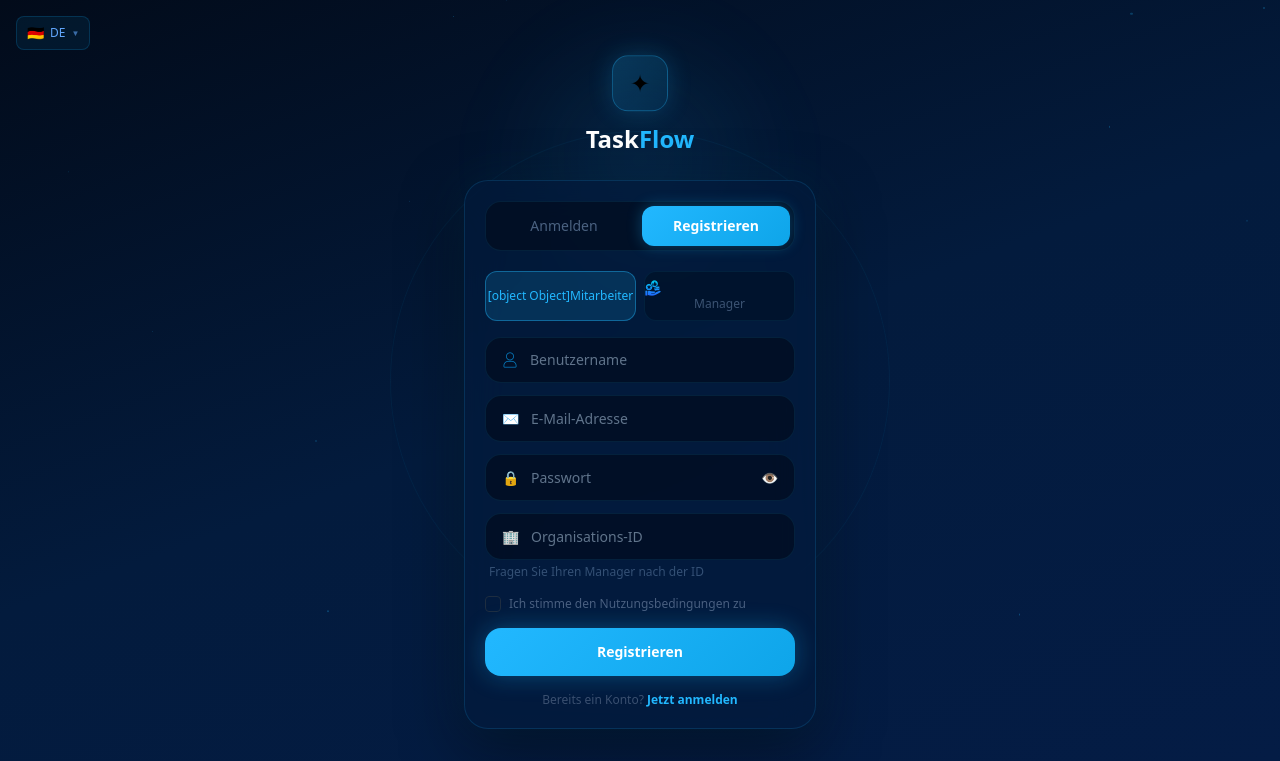
Repository: IssamSaed98/TaskManager.Frontend
Page: /, after clicking the first element matching `div.rounded-2xl > :nth-child(2)`
The author's editor kept a copy of each file at every save. The page is drawn from the files as they stood at one save, then again after the next save.
The browser window is 1280 px wide. The pictures show the whole page.
The project was rebuilt for these pictures with package versions that can differ from the ones it lists, and the page was loaded fresh each time. Also part of the build but not shown: vite.config.js, src/pages/AdminDashboard.jsx, src/components/TaskForm.jsx, src/components/TaskCard.jsx, src/components/KanbanBoard.jsx.

Above is the page before, as saved 2026-06-01 15:15:45.

### index.html
<!DOCTYPE html>
<html lang="de" dir="ltr">
  <head>
    <meta charset="UTF-8" />
    <meta name="viewport" content="width=device-width, initial-scale=1.0" />
    <title>TaskFlow</title>

    <!-- PWA -->
    <link rel="manifest" href="/manifest.webmanifest" />
    <meta name="theme-color" content="#0a0f1a" />

    <!-- Apple -->
    <link rel="apple-touch-icon" href="/apple-touch-icon.png" />
    <meta name="apple-mobile-web-app-capable" content="yes" />
    <meta name="apple-mobile-web-app-status-bar-style" content="black-translucent" />
    <meta name="apple-mobile-web-app-title" content="TaskFlow" />

    <!-- Favicon -->
    <link rel="icon" type="image/png" sizes="32x32" href="/favicon-32x32.png" />
    <link rel="icon" type="image/png" sizes="16x16" href="/favicon-16x16.png" />
  </head>
  <body>
    <div id="root"></div>
    <script type="module" src="/src/main.jsx"></script>
    <!-- Splash Screen -->
<div id="splash" style="
position:fixed; inset:0; z-index:9999;
background:#0a0f1a;
display:flex; flex-direction:column;
align-items:center; justify-content:center;
gap:16px;
transition: opacity 0.5s ease;
">
<img src="/public/pwa-512x512.png" width="100" height="100" style="border-radius:22%;animation:pulse 1.5s ease-in-out infinite"/>
<div style="color:#e2f0ff;font-size:22px;font-weight:700;letter-spacing:1px">TaskFlow</div>
<div style="color:#3a5070;font-size:12px">Task Management System</div>
</div>

<style>
@keyframes pulse {
0%,100% { transform: scale(1); opacity:1; }
50% { transform: scale(1.08); opacity:0.9; }
}
</style>

<script>
window.addEventListener('load', () => {
setTimeout(() => {
  const splash = document.getElementById('splash')
  if (splash) {
    splash.style.opacity = '0'
    setTimeout(() => splash.remove(), 500)
  }
}, 2000)
})
</script>
  </body>
</html>

### src/main.jsx
import { StrictMode } from 'react'
import { createRoot } from 'react-dom/client'
import './index.css'
import './i18n'
import App from './App.jsx'

createRoot(document.getElementById('root')).render(
  <StrictMode>
    <App />
  </StrictMode>,
)

### src/pages/Register.jsx
import { useState, useEffect } from 'react'
import { motion } from 'framer-motion'
import { register } from '../api'
import { useLanguage } from '../hooks/useLanguage'
import LanguageSwitcher from '../components/LanguageSwitcher'
import cheff from '../images/businessman.png'
import mitAr from '../images/user.png'
function Register({ onRegister, goToLogin }) {
  const { t, isRTL } = useLanguage()
  const [role, setRole] = useState('employee')
  const [username, setUsername] = useState('')
  const [email, setEmail] = useState('')
  const [password, setPassword] = useState('')
  const [showPassword, setShowPassword] = useState(false)
  const [organizationName, setOrganizationName] = useState('')
  const [organizationId, setOrganizationId] = useState('')
  const [agreed, setAgreed] = useState(false)
  const [error, setError] = useState('')
  const [loading, setLoading] = useState(false)
  const [focusedField, setFocusedField] = useState(null)
  const [particles, setParticles] = useState([])

  const isAdmin = role === 'admin'

  useEffect(() => {
    setParticles(Array.from({ length: 15 }, (_, i) => ({
      id: i,
      x: Math.random() * 100,
      y: Math.random() * 100,
      size: Math.random() * 2 + 1,
      duration: Math.random() * 6 + 4,
      delay: Math.random() * 3,
    })))
  }, [])

  const handleRegister = async () => {
    if (!username || !email || !password) return
    if (isAdmin && !organizationName) return
    if (!isAdmin && !organizationId) return
    try {
      setLoading(true)
      setError('')
      await register(
        username, email, password,
        isAdmin ? 'Admin' : 'Employee',
        isAdmin ? organizationName : null,
        !isAdmin ? parseInt(organizationId) : null
      )
      goToLogin()
    } catch {
      setError(t('error_email'))
    } finally {
      setLoading(false)
    }
  }

  const getFieldStyle = (field) => ({
    background: 'rgba(2,11,26,0.6)',
    border: `1px solid ${focusedField === field ? 'rgba(34,184,255,0.6)' : 'rgba(34,184,255,0.1)'}`,
    boxShadow: focusedField === field ? '0 0 15px rgba(34,184,255,0.12)' : 'none',
    transition: 'all 0.15s ease',
  })

    const myStyleSecond = {
    width: '16px',
    height: '16px',

}
  return (
    <div
      className="min-h-screen flex flex-col items-center justify-start overflow-y-auto relative"
      style={{
        background: 'linear-gradient(160deg, #020B1A 0%, #031B3D 50%, #041C45 100%)',
        direction: isRTL ? 'rtl' : 'ltr'
      }}
    >
      {/* Particles — خفيفة وسريعة */}
      {particles.map(p => (
        <motion.div
          key={p.id}
          className="absolute rounded-full pointer-events-none"
          style={{ left: `${p.x}%`, top: `${p.y}%`, width: p.size, height: p.size, background: '#22B8FF' }}
          animate={{ y: [0, -20, 0], opacity: [0.1, 0.3, 0.1] }}
          transition={{ duration: p.duration, delay: p.delay, repeat: Infinity, ease: 'easeInOut' }}
        />
      ))}

      {/* Rings */}
      <div className="absolute inset-0 flex items-center justify-center pointer-events-none overflow-hidden">
        {[300, 500].map((size, i) => (
          <motion.div
            key={i}
            className="absolute rounded-full"
            style={{ width: size, height: size, border: '1px solid rgba(34,184,255,0.05)' }}
            animate={{ rotate: 360 }}
            transition={{ duration: 40 + i * 10, repeat: Infinity, ease: 'linear' }}
          />
        ))}
      </div>

      {/* Glow */}
      <div className="absolute top-0 left-1/2 -translate-x-1/2 w-80 h-80 rounded-full pointer-events-none"
        style={{ background: 'radial-gradient(circle, rgba(34,184,255,0.1) 0%, transparent 70%)', filter: 'blur(30px)' }} />

      {/* Language */}
      <div className="absolute top-4 left-4 z-20">
        <LanguageSwitcher />
      </div>

      <div className="w-full max-w-sm px-4 pt-14 pb-8 z-10">

        {/* Logo */}
        <motion.div
          className="flex flex-col items-center mb-6"
          animate={{ y: [0, -5, 0] }}
          transition={{ duration: 4, repeat: Infinity, ease: 'easeInOut' }}
        >
          <div
            className="w-14 h-14 rounded-2xl flex items-center justify-center mb-3"
            style={{
              background: 'linear-gradient(135deg, rgba(34,184,255,0.2), rgba(14,165,233,0.1))',
              border: '1px solid rgba(34,184,255,0.3)',
              boxShadow: '0 0 25px rgba(34,184,255,0.2)',
            }}
          >
            <span style={{ fontSize: 24 }}>✦</span>
          </div>
          <h1 className="text-2xl font-bold">
            <span className="text-white">Task</span>
            <span style={{ color: '#22B8FF' }}>Flow</span>
          </h1>
        </motion.div>

        {/* Glass Card */}
        <div
          className="rounded-3xl p-5"
          style={{
            background: 'rgba(3,27,61,0.65)',
            border: '1px solid rgba(34,184,255,0.15)',
            backdropFilter: 'blur(20px)',
            boxShadow: '0 0 40px rgba(34,184,255,0.07), 0 20px 60px rgba(0,0,0,0.5)',
          }}
        >
          {/* Tab Switch */}
          <div className="flex rounded-2xl p-1 mb-5 gap-1"
            style={{ background: 'rgba(2,11,26,0.6)', border: '1px solid rgba(34,184,255,0.1)' }}>
            <button
              onClick={goToLogin}
              className="flex-1 py-2.5 rounded-xl text-sm font-medium"
              style={{ background: 'transparent', color: 'rgba(148,180,220,0.5)' }}>
              {t('sign_in')}
            </button>
            <button
              className="flex-1 py-2.5 rounded-xl text-sm font-bold"
              style={{
                background: 'linear-gradient(135deg,#22B8FF,#0EA5E9)',
                color: '#fff',
                boxShadow: '0 0 15px rgba(34,184,255,0.3)',
              }}>
              {t('sign_up')}
            </button>
          </div>

          {/* Role buttons — بسيطة بدون انيميشن */}
          <div className="flex gap-2 mb-4">
            <button
              onClick={() => setRole('employee')}
              className="flex-1 py-2 rounded-xl text-xs font-medium"
              style={{
                background: !isAdmin ? 'rgba(34,184,255,0.15)' : 'rgba(2,11,26,0.4)',
                border: `1px solid ${!isAdmin ? 'rgba(34,184,255,0.4)' : 'rgba(34,184,255,0.08)'}`,
                color: !isAdmin ? '#22B8FF' : 'rgba(148,180,220,0.4)',
              }}>
              {  <img src={mitAr} style={myStyleSecond}/> + t('employee')}
            </button>
            <button
              onClick={() => setRole('admin')}
              className="flex-1 py-2 rounded-xl text-xs font-medium"
              style={{
                background: isAdmin ? 'rgba(34,184,255,0.15)' : 'rgba(2,11,26,0.4)',
                border: `1px solid ${isAdmin ? 'rgba(34,184,255,0.4)' : 'rgba(34,184,255,0.08)'}`,
                color: isAdmin ? '#22B8FF' : 'rgba(148,180,220,0.4)',
              }}>
            <img src={cheff} style={myStyleSecond}/> {t('admin')}
            </button>
          </div>

          {/* Username */}
          <div className="mb-3">
            <div className="flex items-center gap-3 px-4 py-3 rounded-2xl"
              style={getFieldStyle('username')}>
              <span style={{ color: focusedField === 'username' ? '#22B8FF' : '#3a5070', fontSize: 14 }}> <img src={mitAr} style={myStyleSecond}/></span>
              <input
                value={username}
                onChange={e => setUsername(e.target.value)}
                onFocus={() => setFocusedField('username')}
                onBlur={() => setFocusedField(null)}
                placeholder={t('username')}
                className="flex-1 bg-transparent outline-none text-sm"
                style={{ color: '#c0d8f0', fontFamily: 'inherit' }}
              />
            </div>
          </div>

          {/* Email */}
          <div className="mb-3">
            <div className="flex items-center gap-3 px-4 py-3 rounded-2xl"
              style={getFieldStyle('email')}>
              <span style={{ color: focusedField === 'email' ? '#22B8FF' : '#3a5070', fontSize: 14 }}>✉</span>
              <input
                type="email"
                value={email}
                onChange={e => setEmail(e.target.value)}
                onFocus={() => setFocusedField('email')}
                onBlur={() => setFocusedField(null)}
                placeholder={t('email')}
                className="flex-1 bg-transparent outline-none text-sm"
                style={{ color: '#c0d8f0', fontFamily: 'inherit' }}
              />
            </div>
          </div>

          {/* Password */}
          <div className="mb-3">
            <div className="flex items-center gap-3 px-4 py-3 rounded-2xl"
              style={getFieldStyle('password')}>
              <span style={{ color: focusedField === 'password' ? '#22B8FF' : '#3a5070', fontSize: 14 }}>🔒</span>
              <input
                type={showPassword ? 'text' : 'password'}
                value={password}
                onChange={e => setPassword(e.target.value)}
                onFocus={() => setFocusedField('password')}
                onBlur={() => setFocusedField(null)}
                placeholder={t('password')}
                className="flex-1 bg-transparent outline-none text-sm"
                style={{ color: '#c0d8f0', fontFamily: 'inherit' }}
              />
              <button onClick={() => setShowPassword(!showPassword)} style={{ color: '#3a5070', fontSize: 14 }}>
                {showPassword ? '🙈' : '👁'}
              </button>
            </div>
          </div>

          {/* Org */}
          <div className="mb-4">
            <div className="flex items-center gap-3 px-4 py-3 rounded-2xl"
              style={getFieldStyle('org')}>
              <span style={{ color: focusedField === 'org' ? '#22B8FF' : '#3a5070', fontSize: 14 }}>🏢</span>
              <input
                type={isAdmin ? 'text' : 'number'}
                value={isAdmin ? organizationName : organizationId}
                onChange={e => isAdmin ? setOrganizationName(e.target.value) : setOrganizationId(e.target.value)}
                onFocus={() => setFocusedField('org')}
                onBlur={() => setFocusedField(null)}
                placeholder={isAdmin ? t('organization_name') : t('organization_id')}
                className="flex-1 bg-transparent outline-none text-sm"
                style={{ color: '#c0d8f0', fontFamily: 'inherit' }}
              />
            </div>
            {!isAdmin && (
              <p className="text-xs mt-1 px-1" style={{ color: 'rgba(148,180,220,0.35)' }}>{t('org_id_hint')}</p>
            )}
          </div>

          {/* Terms */}
          <button
            onClick={() => setAgreed(!agreed)}
            className="flex items-center gap-2 text-xs mb-4 w-full"
            style={{ color: '#4a6080' }}>
            <div className="w-4 h-4 rounded flex items-center justify-center flex-shrink-0"
              style={{
                background: agreed ? '#22B8FF' : 'transparent',
                border: `1px solid ${agreed ? '#22B8FF' : '#1e2d40'}`,
                transition: 'all 0.15s ease'
              }}>
              {agreed && <span className="text-white" style={{ fontSize: 10 }}>✓</span>}
            </div>
            {t('terms')}
          </button>

          {error && (
            <p className="text-xs text-center mb-3" style={{ color: '#f87171' }}>{error}</p>
          )}

          {/* Register Button */}
          <motion.button
            onClick={handleRegister}
            disabled={loading}
            className="w-full py-3.5 rounded-2xl text-white font-bold text-sm mb-4"
            style={{
              background: 'linear-gradient(135deg, #22B8FF, #0EA5E9)',
              boxShadow: '0 0 25px rgba(34,184,255,0.3)',
            }}
            whileHover={{ scale: 1.02 }}
            whileTap={{ scale: 0.98 }}
          >
            {loading ? '...' : t('sign_up')}
          </motion.button>

          {/* Login link */}
          <p className="text-center text-xs" style={{ color: '#3a5070' }}>
            {t('have_account')}{' '}
            <button onClick={goToLogin} style={{ color: '#22B8FF', fontWeight: 600 }}>
              {t('sign_in_now')}
            </button>
          </p>
        </div>
      </div>
    </div>
  )
}

export default Register

### src/components/LanguageSwitcher.jsx
import { useState, useRef, useEffect } from 'react'
import { useLanguage } from '../hooks/useLanguage'

function LanguageSwitcher() {
  const { changeLanguage, currentLang } = useLanguage()
  const [open, setOpen] = useState(false)
  const ref = useRef(null)

  const languages = [
    { code: 'de', label: 'DE', flag: '🇩🇪', name: 'Deutsch' },
    { code: 'en', label: 'EN', flag: '🇬🇧', name: 'English' },
    { code: 'ar', label: 'AR', flag: '🇸🇦', name: 'العربية' },
  ]

  const current = languages.find(l => l.code === currentLang) || languages[1]

  useEffect(() => {
    const handleClick = (e) => {
      if (ref.current && !ref.current.contains(e.target)) {
        setOpen(false)
      }
    }
    document.addEventListener('mousedown', handleClick)
    return () => document.removeEventListener('mousedown', handleClick)
  }, [])

  return (
    <div ref={ref} className="relative">
      <button
        onClick={() => setOpen(!open)}
        className="flex items-center gap-1.5 px-2.5 py-1.5 rounded-lg text-xs font-medium transition-all"
        style={{
          background: 'rgba(14,165,233,0.08)',
          border: '0.5px solid rgba(14,165,233,0.2)',
          color: '#60a5fa',
        }}>
        <span className="text-sm">{current.flag}</span>
        <span>{current.label}</span>
        <span style={{ fontSize: '8px', opacity: 0.6 }}>{open ? '▲' : '▼'}</span>
      </button>

      {open && (
        <div className="absolute top-full mt-2 rounded-xl overflow-hidden z-50"
          style={{
            background: '#0a0f1a',
            border: '0.5px solid rgba(14,165,233,0.15)',
            boxShadow: '0 8px 32px rgba(0,0,0,0.4)',
            minWidth: '130px',
            left: '50%',
            transform: 'translateX(-50%)',
          }}>
          {languages.map(lang => (
            <button
              key={lang.code}
              onClick={() => { changeLanguage(lang.code); setOpen(false) }}
              className="w-full flex items-center gap-3 px-4 py-2.5 text-xs transition-all"
              style={{
                background: currentLang === lang.code ? 'rgba(14,165,233,0.1)' : 'transparent',
                color: currentLang === lang.code ? '#60a5fa' : '#4a6080',
                borderBottom: '0.5px solid rgba(14,165,233,0.05)',
              }}>
              <span className="text-base">{lang.flag}</span>
              <div className="text-left">
                <div className="font-medium">{lang.label}</div>
                <div style={{ fontSize: '10px', opacity: 0.5 }}>{lang.name}</div>
              </div>
              {currentLang === lang.code && (
                <span className="mr-auto text-xs" style={{ color: '#60a5fa' }}>✓</span>
              )}
            </button>
          ))}
        </div>
      )}
    </div>
  )
}

export default LanguageSwitcher

Loaded but not shown: src/index.css (common file); src/locales/de.js (68 lines, source omitted); src/locales/en.js (65 lines, source omitted); src/locales/ar.js (65 lines, source omitted); src/api.js (30 lines, source omitted); src/i18n.js (24 lines, source omitted); src/hooks/useLanguage.js (18 lines, source omitted); src/pages/Login.jsx (267 lines, source omitted); src/App.jsx (220 lines, source omitted)

After the next save:
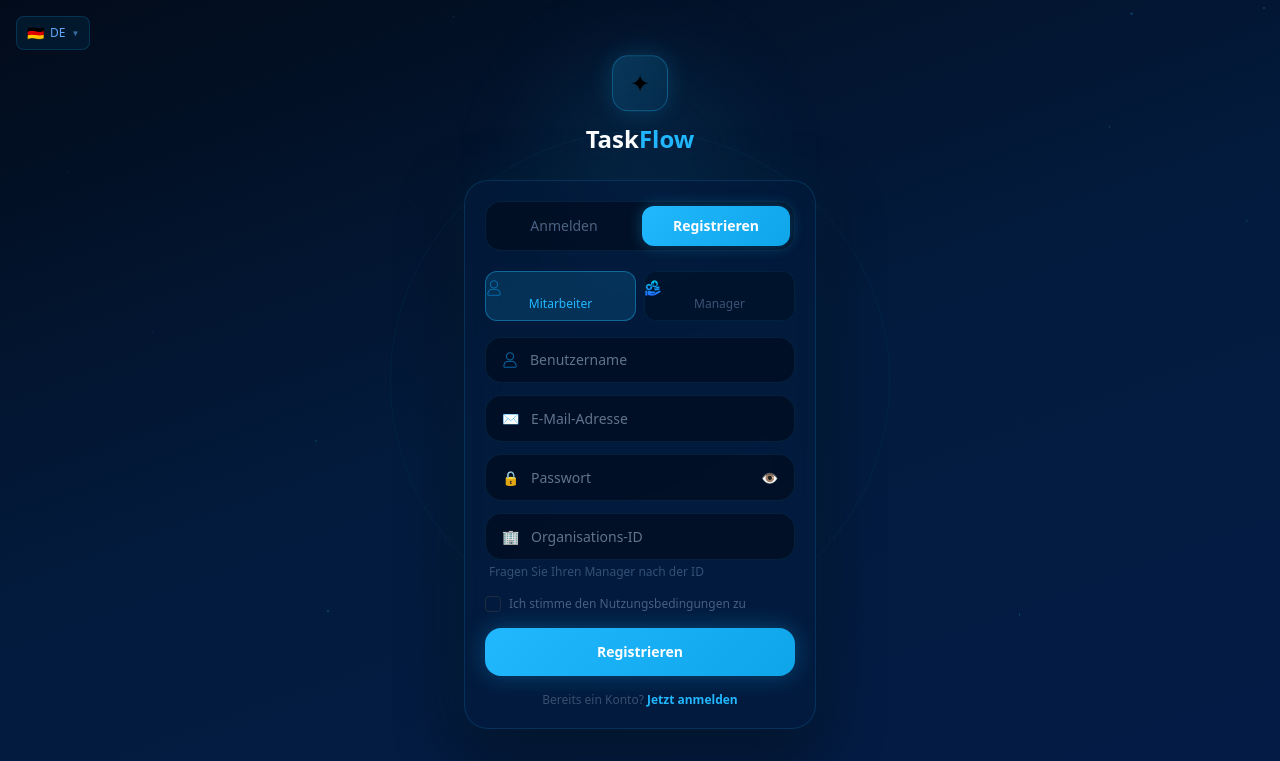
Saved 19 s later.
--- a/src/pages/Register.jsx
+++ b/src/pages/Register.jsx
@@ -171,7 +171,7 @@ function Register({ onRegister, goToLogin }) {
                 border: `1px solid ${!isAdmin ? 'rgba(34,184,255,0.4)' : 'rgba(34,184,255,0.08)'}`,
                 color: !isAdmin ? '#22B8FF' : 'rgba(148,180,220,0.4)',
               }}>
-              {  <img src={mitAr} style={myStyleSecond}/> + t('employee')}
+               <img src={mitAr} style={myStyleSecond}/> {t('employee')}
             </button>
             <button
               onClick={() => setRole('admin')}
